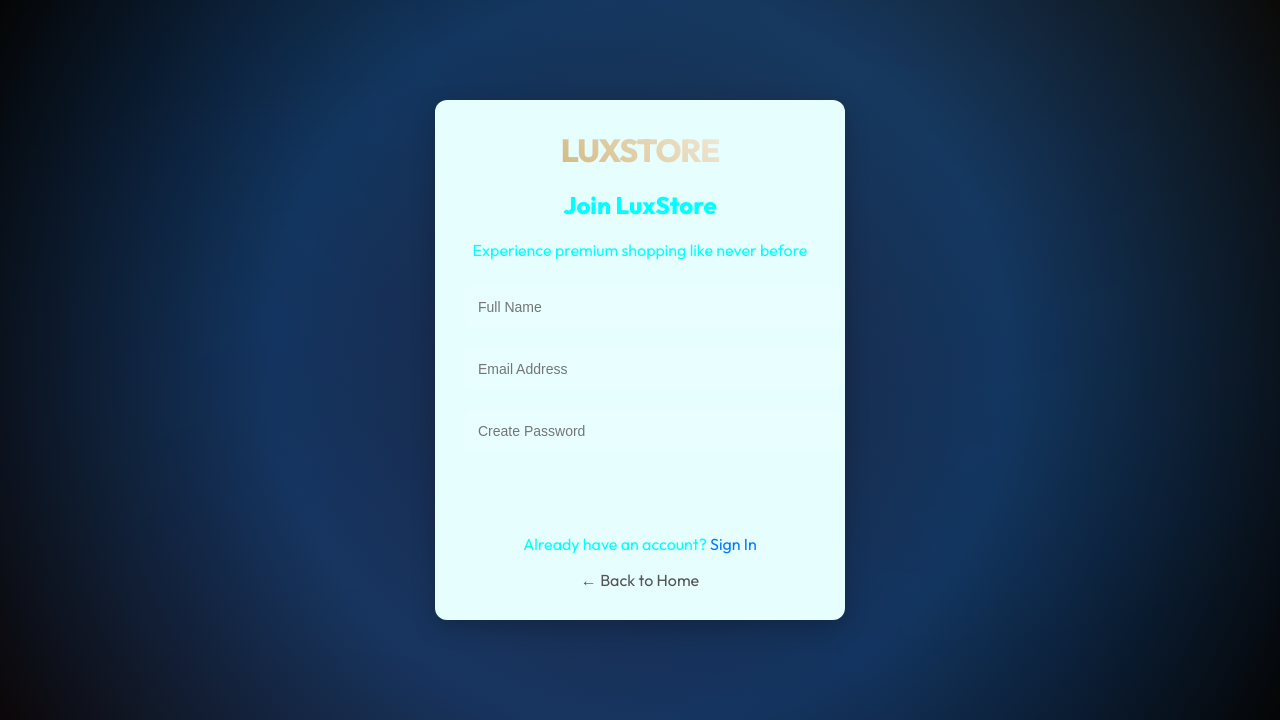
Repository: pradeepkumarh-17/Ecommerce
Page: http://localhost/EcomStore/views/auth/register.jsp
These files come from the project's save history. The page is drawn as it stood at one moment and after the next save; the edit follows.
The browser window is 1280 px wide. The pictures show the whole page.
Some web libraries are served in a nearby version. The page is served by Tomcat 10.

Above is the page before, as saved 2026-05-03 07:59:23.

After the next save:
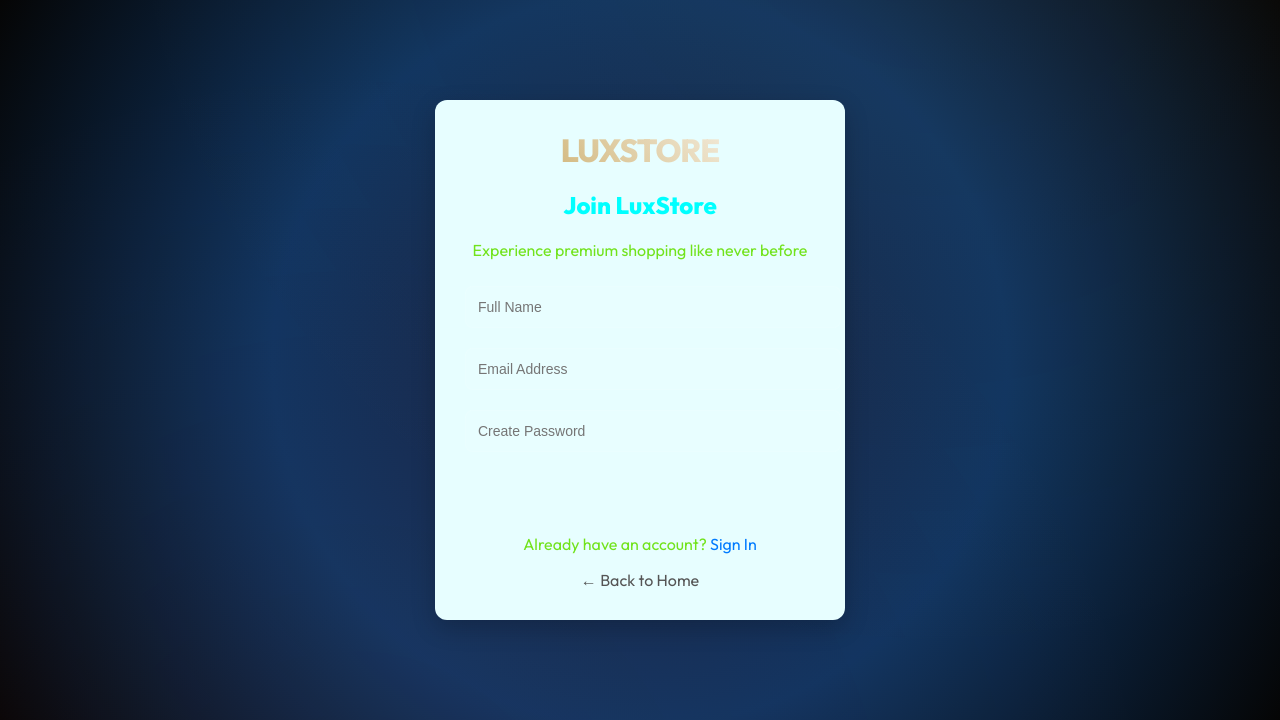
Saved 27 s later.
--- a/EcomStore/src/main/webapp/assets/css/auth.css
+++ b/EcomStore/src/main/webapp/assets/css/auth.css
@@ -30,7 +30,7 @@ body {
 }
 
 .auth-box p{
-	color: #00ffff;
+	color: #71e31c;
 }
 
 /* INPUT */
